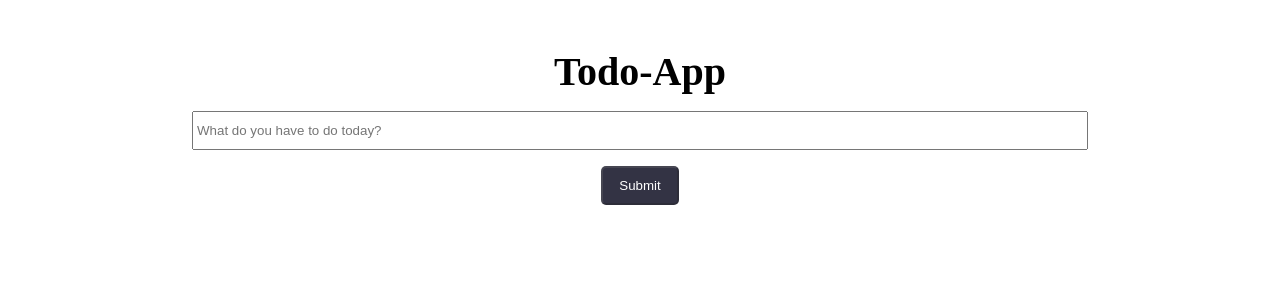
Repository: Achorn/todo-app
Page: /, after clicking the first element matching `button.btn`
The author's editor kept a copy of each file at every save. The page is drawn from the files as they stood at one save, then again after the next save.
The browser window is 1280 px wide. The pictures show the whole page.
The page's requests for data from a server got no answer. The project was rebuilt for these pictures with package versions that can differ from the ones it lists, and the page was loaded fresh each time. No one was signed in, and anything a server would have sent is missing.

Above is the page before, as saved 2023-05-25 15:33:15.

After the next save:
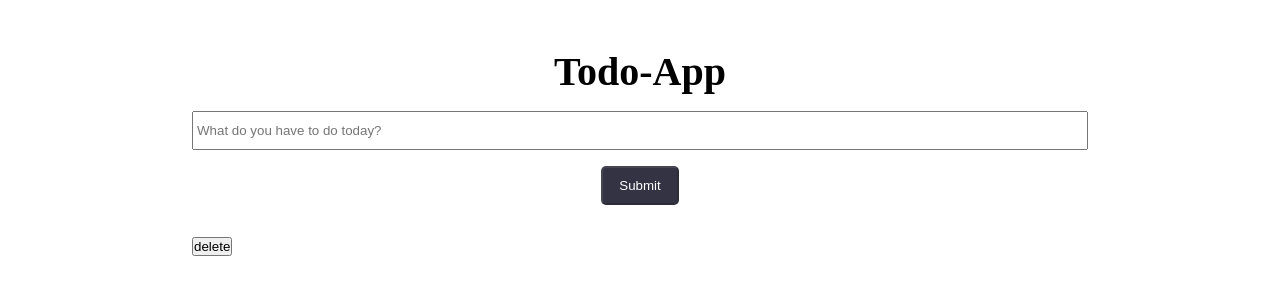
Saved 13 s later.
--- a/src/components/Todo.js
+++ b/src/components/Todo.js
@@ -73,6 +73,7 @@ const Todo = () => {
           {todos?.map((todo, i) => (
             <div>
               <p key={i}>{todo.todo}</p>
+              <button>delete</button>
             </div>
           ))}
         </div>
